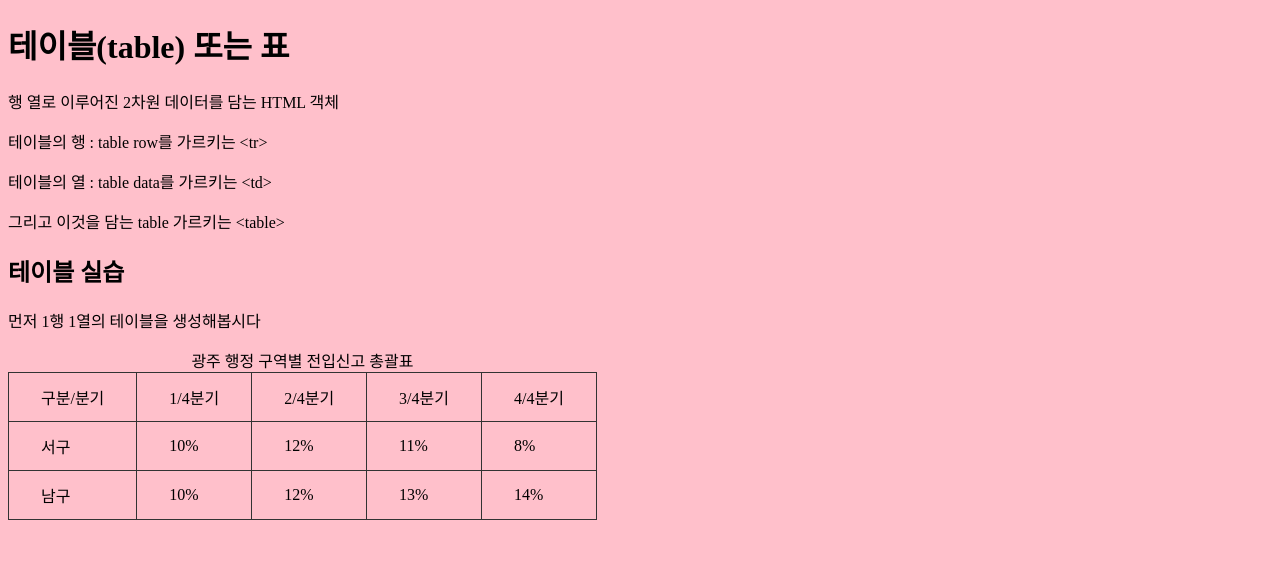
Repository: kmh9964/view
Page: workspace/studyhtml5/src/main/webapp/docs/first.html
These files come from the project's save history. The page is drawn as it stood at one moment and after the next save; the edit follows.
The browser window is 1280 px wide. The pictures show the whole page.

Above is the page before, as saved 2022-12-15 06:29:24.

### workspace/studyhtml5/src/main/webapp/docs/first.html
<!doctype html>
<html lang="en">
<head>
<meta charset="UTF-8" />
<title>표</title>
<link rel="stylesheet" href="../css/main.css" />
</head>
<body>
	<h1>테이블(table) 또는 표</h1>
	<p>행 열로 이루어진 2차원 데이터를 담는 HTML 객체<p>
	<p>테이블의 행 : table row를 가르키는 &lt;tr&gt;</p> <!-- &은 그냥 특수 문자,lt 작다,gt는 크다라는 뜻 -->
	<p>테이블의 열 : table data를 가르키는 &lt;td&gt;</p>
	<p>그리고 이것을 담는 table 가르키는 &lt;table&gt;</p>
	<h2>테이블 실습</h2>
	<p>먼저 1행 1열의 테이블을 생성해봅시다</p>

	<table>
		<caption>광주 행정 구역별 전입신고 총괄표</caption> <!-- 테이블 이름 넣어줄때 -->
		<tr> <!-- 행 -->
			<td>구분/분기</td><td>1/4분기</td><td>2/4분기</td><td>3/4분기</td><td>4/4분기</td> <!-- 열 -->
		</tr>
		<tr> <!-- 행 -->
			<td>서구</td><td>10%</td><td>12%</td><td>11%</td><td>8%</td> <!-- 열 -->
		</tr>
		<tr> <!-- 행 -->
			<td>남구</td><td>10%</td><td>12%</td><td>13%</td><td>14%</td> <!-- 열 -->
		</tr>
	</table>



</body>
</html>

### workspace/studyhtml5/src/main/webapp/css/main.css
@charset "UTF-8";

body {
	background: pink;
}

/* css 선택자
		-- 자주 쓰는것 : 1~5
		1)공용 선택자 : *
		2) 태그 선택자 :p
		3)클래스 선택자 : .text
		4) 아이디 선택자 :




*/

table, td {
		border :  1px solid #333;   /* 선의 두께, 선의 종류, 선의 색상 */
		border-collapse: collapse;  /* 테두리-겹침: 겹쳐라 */
}
td{
	padding: 0.750rem 2rem; /* 패딩(=안여백): 상하 1rem , 좌우 1.250rem */
}

After the next save:
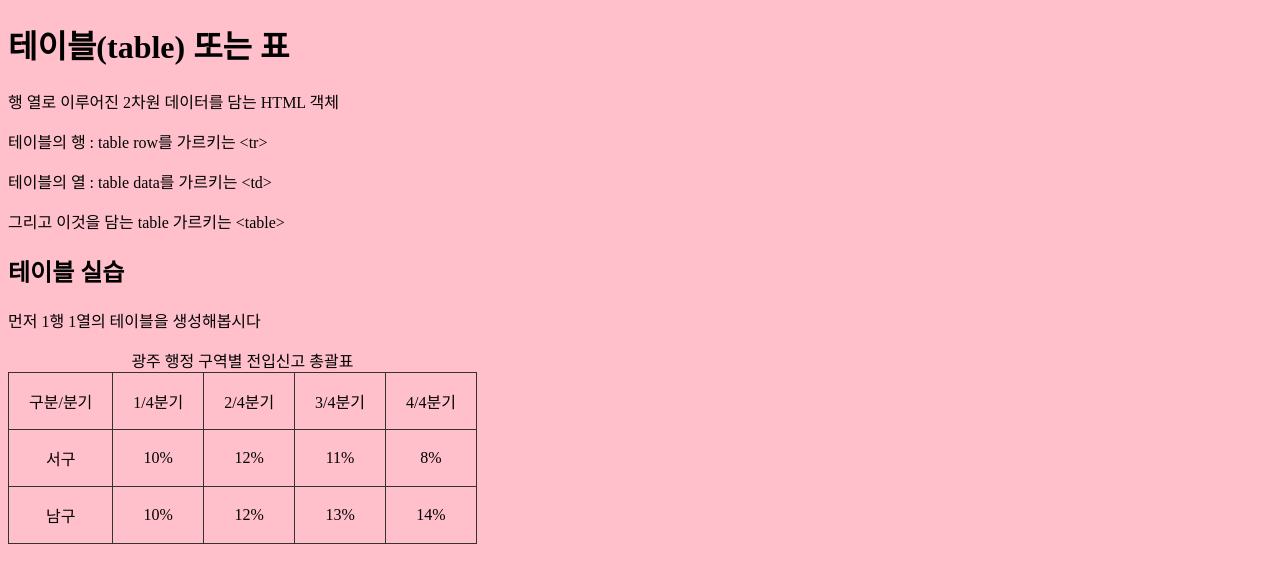
Saved 53 s later.
--- a/workspace/studyhtml5/src/main/webapp/css/main.css
+++ b/workspace/studyhtml5/src/main/webapp/css/main.css
@@ -21,5 +21,6 @@ table, td {
 		border-collapse: collapse;  /* 테두리-겹침: 겹쳐라 */
 }
 td{
-	padding: 0.750rem 2rem; /* 패딩(=안여백): 상하 1rem , 좌우 1.250rem */
+	padding: 1rem 1.250rem; /* 패딩(=안여백): 상하 1rem , 좌우 1.250rem */
+	text-align: center;
 }
